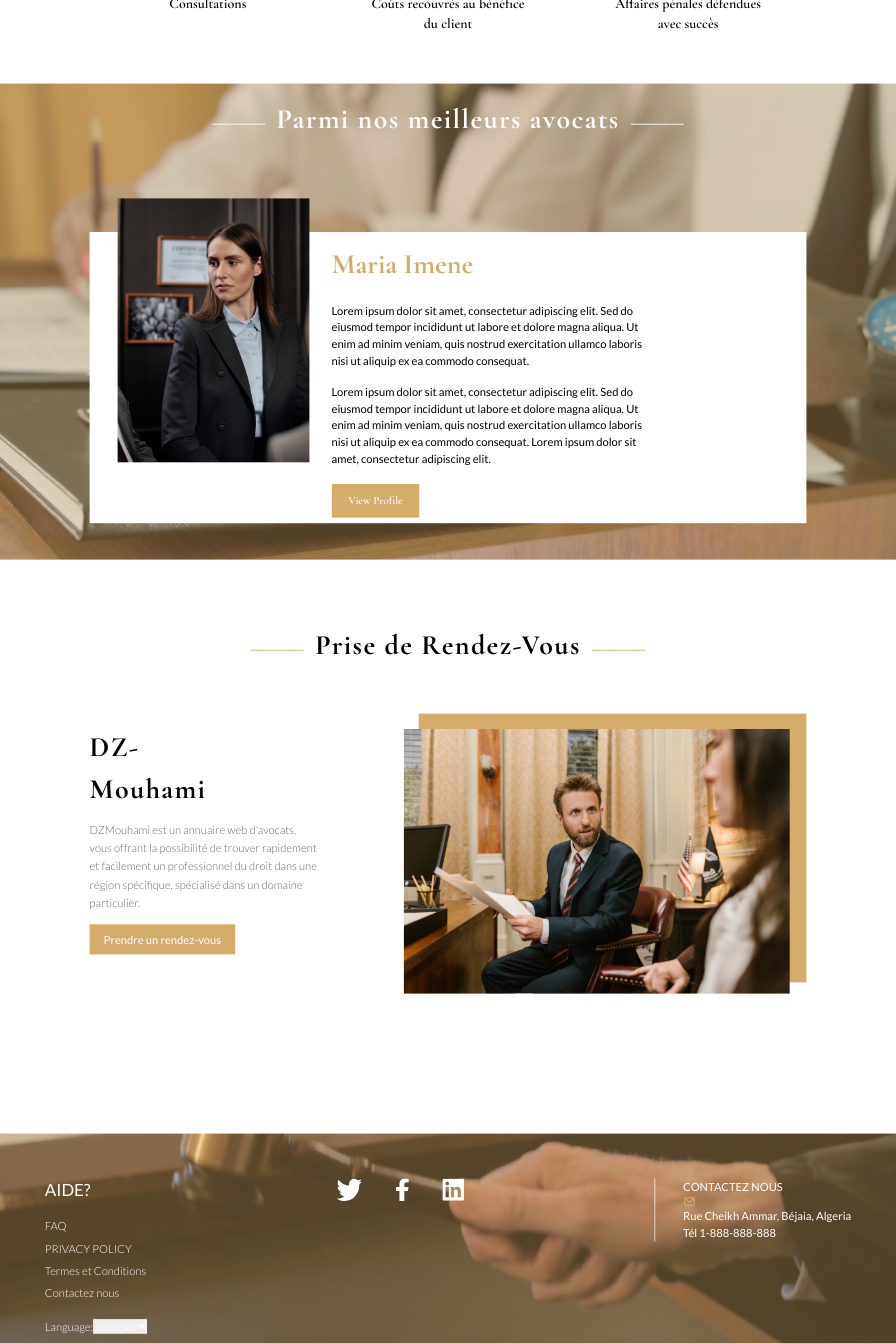
Repository: Chekrouba-Tinhinane/Mohami_dz
Page: / (app in client/)
An editor plug-in stored every save of this project. The page is shown before and after the next save, followed by the edit.
The browser window is 1280 px wide. The pictures show the part of the page from y = 2348 to 4268 px (the page is 4268 px tall), at 70% of full size.
The project was rebuilt for these pictures with package versions that can differ from the ones it lists, and the page was loaded fresh each time. Also part of the build but not shown: client/vite.config.js, client/src/SignIn.jsx, client/src/components/Selector.jsx, client/src/components/SearchContainer.jsx, client/src/Search.jsx, client/src/components/super/HomeLayout.jsx, client/src/components/Profile.jsx.

Above is the page before, as saved 2024-01-25 18:21:06.

After the next save:
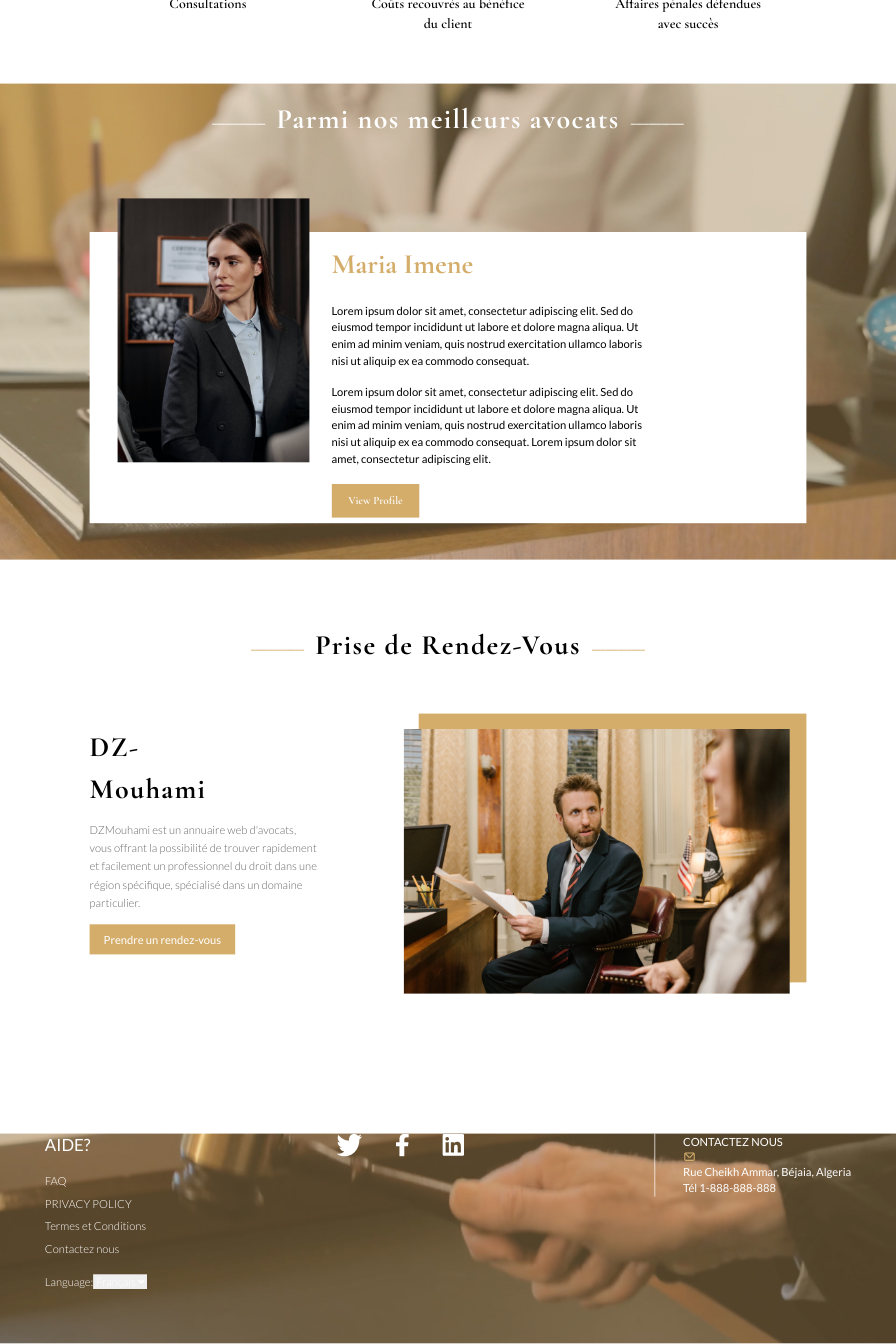
Saved 18 s later.
--- a/client/src/LandingPage.jsx
+++ b/client/src/LandingPage.jsx
@@ -283,7 +283,7 @@
     >
       <img src={footer} alt="" className="w-full object-cover" />
       {/* sixth section */}
-      <div className="absolute w-full flex justify-center pt-[4rem]">
+      <div className="absolute w-full flex justify-center pb-[4rem]">
         <div className="flex items-center justify-between px-16 max-w-[86rem] w-full">
           <div className="flex flex-col gap-6">
             <h3 className=" text-2xl">AIDE?</h3>

After the save that followed:
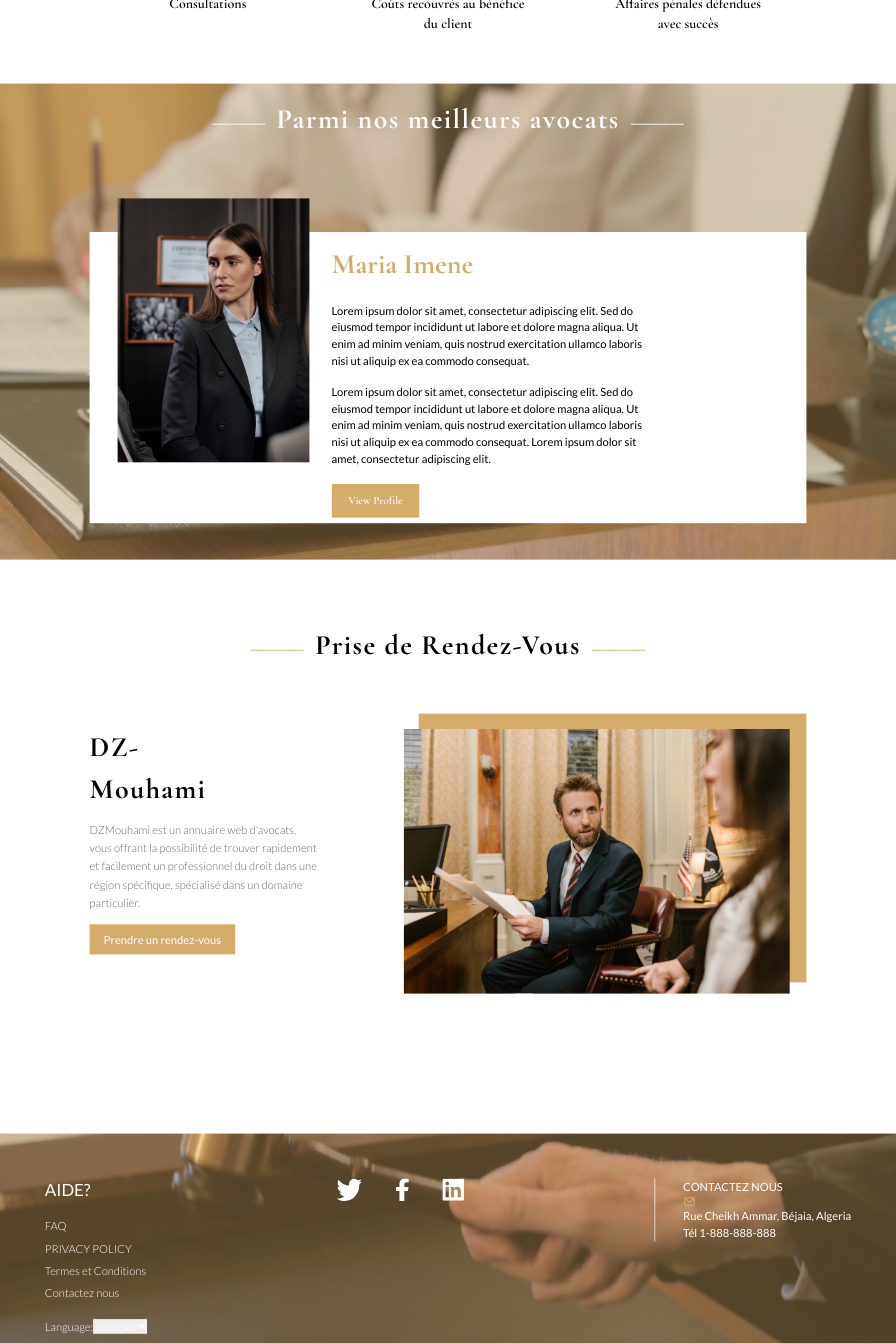
Saved 4 s later.
--- a/client/src/LandingPage.jsx
+++ b/client/src/LandingPage.jsx
@@ -283,7 +283,7 @@
     >
       <img src={footer} alt="" className="w-full object-cover" />
       {/* sixth section */}
-      <div className="absolute w-full flex justify-center pb-[4rem]">
+      <div className="absolute w-full flex justify-center py-[4rem]">
         <div className="flex items-center justify-between px-16 max-w-[86rem] w-full">
           <div className="flex flex-col gap-6">
             <h3 className=" text-2xl">AIDE?</h3>
